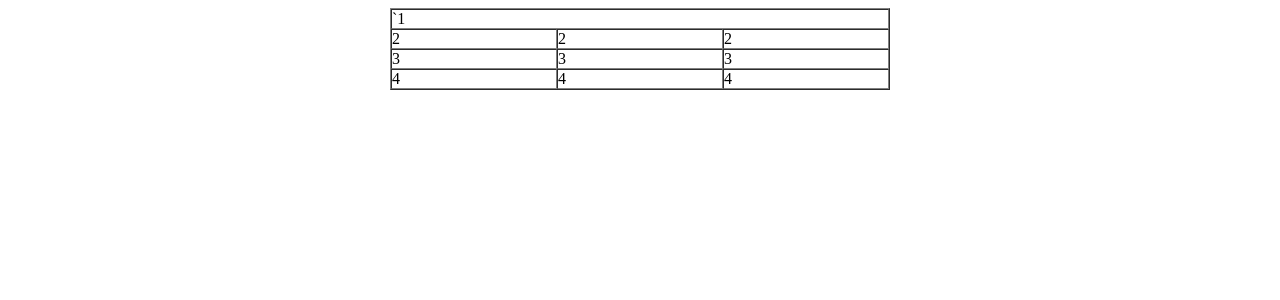
Repository: l897284707/0913
Page: page06表格做QQ.html
The author's editor kept a copy of each file at every save. The page is drawn from the files as they stood at one save, then again after the next save.
The browser window is 1280 px wide. The pictures show the whole page.

Above is the page before, as saved 2022-09-13 18:00:13.

### page06表格做QQ.html
<!DOCTYPE html>
<html lang="en">

<head>
    <meta charset="UTF-8">
    <meta http-equiv="X-UA-Compatible" content="IE=edge">
    <meta name="viewport" content="width=device-width, initial-scale=1.0">
    <title>Document</title>
</head>

<body>
    <table border="1" cellspacing="0" cellpadding="0" align="center" width="500">
        <tr style="background-color: ;#9377fe">
            <td colspan="3">
                `1
            </td>

        </tr>
        <tr>
            <td>2</td>
            <td>2</td>
            <td>2</td>
        </tr>
        <tr>
            <td>3</td>
            <td>3</td>
            <td>3</td>
        </tr>
        <tr>
            <td>4</td>
            <td>4</td>
            <td>4</td>
        </tr>
    </table>

</body>

</html>

After the next save:
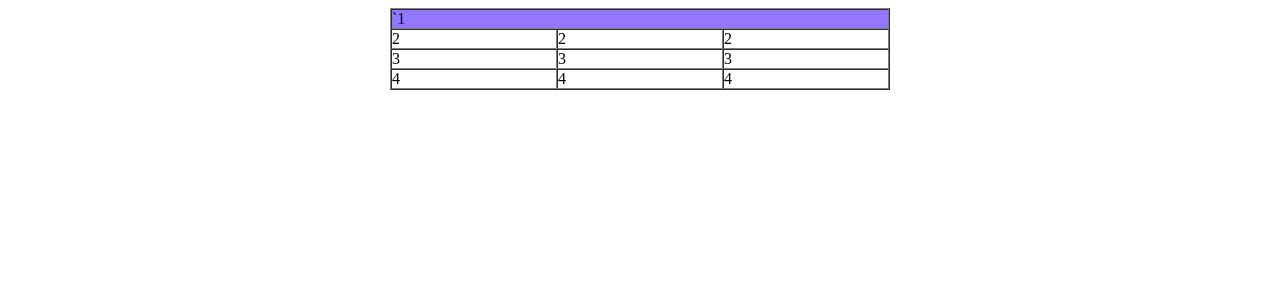
Saved 5 s later.
--- a/page06表格做QQ.html
+++ b/page06表格做QQ.html
@@ -10,7 +10,7 @@
 
 <body>
     <table border="1" cellspacing="0" cellpadding="0" align="center" width="500">
-        <tr style="background-color: ;#9377fe">
+        <tr style="background-color:#9377fe ;">
             <td colspan="3">
                 `1
             </td>
